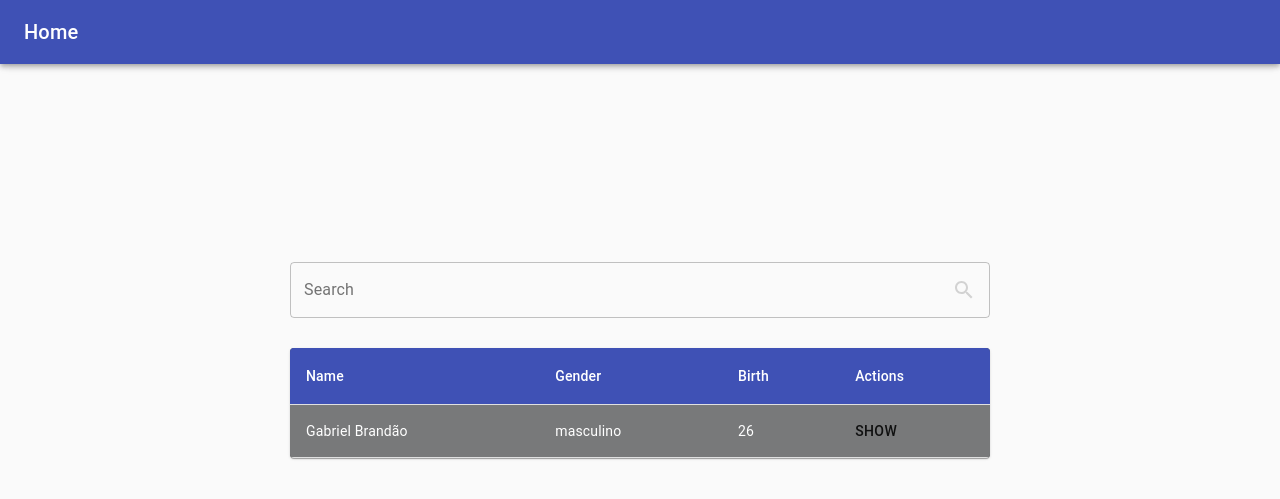
Repository: GabrielBrandaoProjetos/patient-manager
Page: /
These files come from the project's save history. The page is drawn as it stood at one moment and after the next save; the edit follows.
The browser window is 1280 px wide. The pictures show the whole page.
The project was rebuilt for these pictures with package versions that can differ from the ones it lists, and the page was loaded fresh each time.

Above is the page before, as saved 2021-09-14 14:31:29.

### public/index.html
<!DOCTYPE html>
<html lang="en">
  <head>
    <meta charset="utf-8" />
    <meta name="viewport" content="minimum-scale=1, width=device-width, initial-scale=1" />
    <meta name="theme-color" content="#000000" />

    <title>React App</title>
  </head>
  <body>
    <noscript>You need to enable JavaScript to run this app.</noscript>
    <div id="root"></div>
  </body>
</html>

### src/App.tsx
import React from 'react';
import { CssBaseline } from '@material-ui/core';
import { Home } from './pages/Home/Home';


function App() {
  return (
    <>
    <CssBaseline />
    <Home />
    </>
  );
}

export default App;

### src/pages/Home/Home.tsx
import React from 'react';
import { AppBar, Button, FormControl, InputAdornment, InputLabel, OutlinedInput, Paper, Table, TableBody, TableCell, TableContainer, TableHead, TableRow, Toolbar, Typography } from '@material-ui/core';
import {Search} from '@material-ui/icons'
import { createStyles, makeStyles, Theme } from '@material-ui/core/styles';

const useStyles = makeStyles((theme: Theme) =>
  createStyles({
    root: {
      width: '100vw',
      height: '100vh',
      display: 'flex',
      flexDirection: 'column',
      alignItems: 'center',
      justifyContent: 'center',
    },
    title: {
      flexGrow: 1,
    },
    form: {
      maxWidth: 700,
      width: "100%",
    },
    outlinedInput: {

    },
    search: {
      color: "#d2d2d2",
    },
    tableContainer: {
      maxWidth: 700,
      width: "100%",

      marginTop: 30,
      backgroundColor: "#4f5052",
    },
    table: {

    },
    row: {
      color: "white",
      background: "#3f51b5"
    },
    rowBody: {
      '&:nth-of-type(odd)': {
        backgroundColor: "#78797a",
      }
    },
    cell: {
      color: "white",
    },
    actions: {
      padding: 0
    },
  }),
);

export const Home = () => {
  const classes = useStyles();
  return(
    <div className={classes.root}>
      <AppBar>
        <Toolbar>
          <Typography variant="h6" className={classes.title}>
            Home
          </Typography>
        </Toolbar>
      </AppBar>

      <FormControl className={classes.form} variant="outlined">
        <InputLabel htmlFor="outlined-adornment-search">Search</InputLabel>
        <OutlinedInput
          classes={{root: classes.outlinedInput}}
          id="outlined-adornment-search"
          type="search"
          // value={values.password}
          // onChange={handleChange('password')}
          endAdornment={
            <InputAdornment position="end">
              <Search className={classes.search}/>
            </InputAdornment>
          }
          labelWidth={70}
        />
      </FormControl>

      <TableContainer component={Paper} className={classes.tableContainer}>
        <Table className={classes.table} aria-label="simple table">
          <TableHead>
            <TableRow className={classes.row}>
              <TableCell className={classes.cell}>Name</TableCell>
              <TableCell className={classes.cell}>Gender</TableCell>
              <TableCell className={classes.cell}>Birth</TableCell>
              <TableCell className={classes.cell}>Actions</TableCell>
            </TableRow>
          </TableHead>

          <TableBody>
            <TableRow className={classes.rowBody}>
              <TableCell component="th" className={classes.cell}>Gabriel Brandão</TableCell>
              <TableCell className={classes.cell}>masculino</TableCell>
              <TableCell className={classes.cell}>26</TableCell>
              <TableCell className={classes.actions}>
                <Button variant="container" >Show</Button>
              </TableCell>
            </TableRow>

          </TableBody>
        </Table>

      </TableContainer>
    </div>
  )
}

Loaded but not shown: src/index.tsx (common file); src/reportWebVitals.ts (common file)

After the next save:
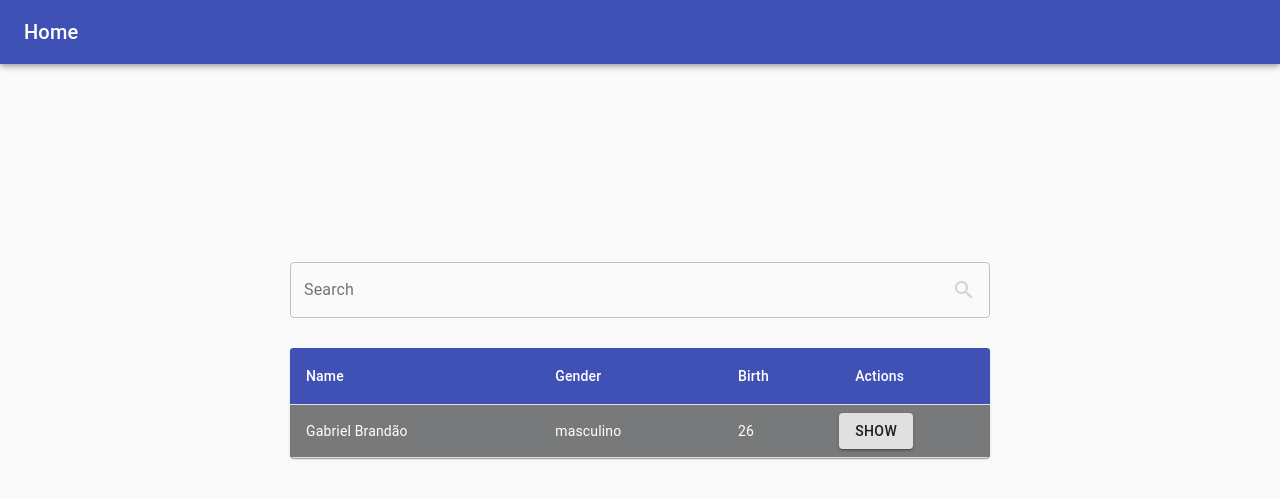
Saved 21 s later.
--- a/src/pages/Home/Home.tsx
+++ b/src/pages/Home/Home.tsx
@@ -100,7 +100,7 @@ export const Home = () => {
               <TableCell className={classes.cell}>masculino</TableCell>
               <TableCell className={classes.cell}>26</TableCell>
               <TableCell className={classes.actions}>
-                <Button variant="container" >Show</Button>
+                <Button variant="contained" >Show</Button>
               </TableCell>
             </TableRow>
 
